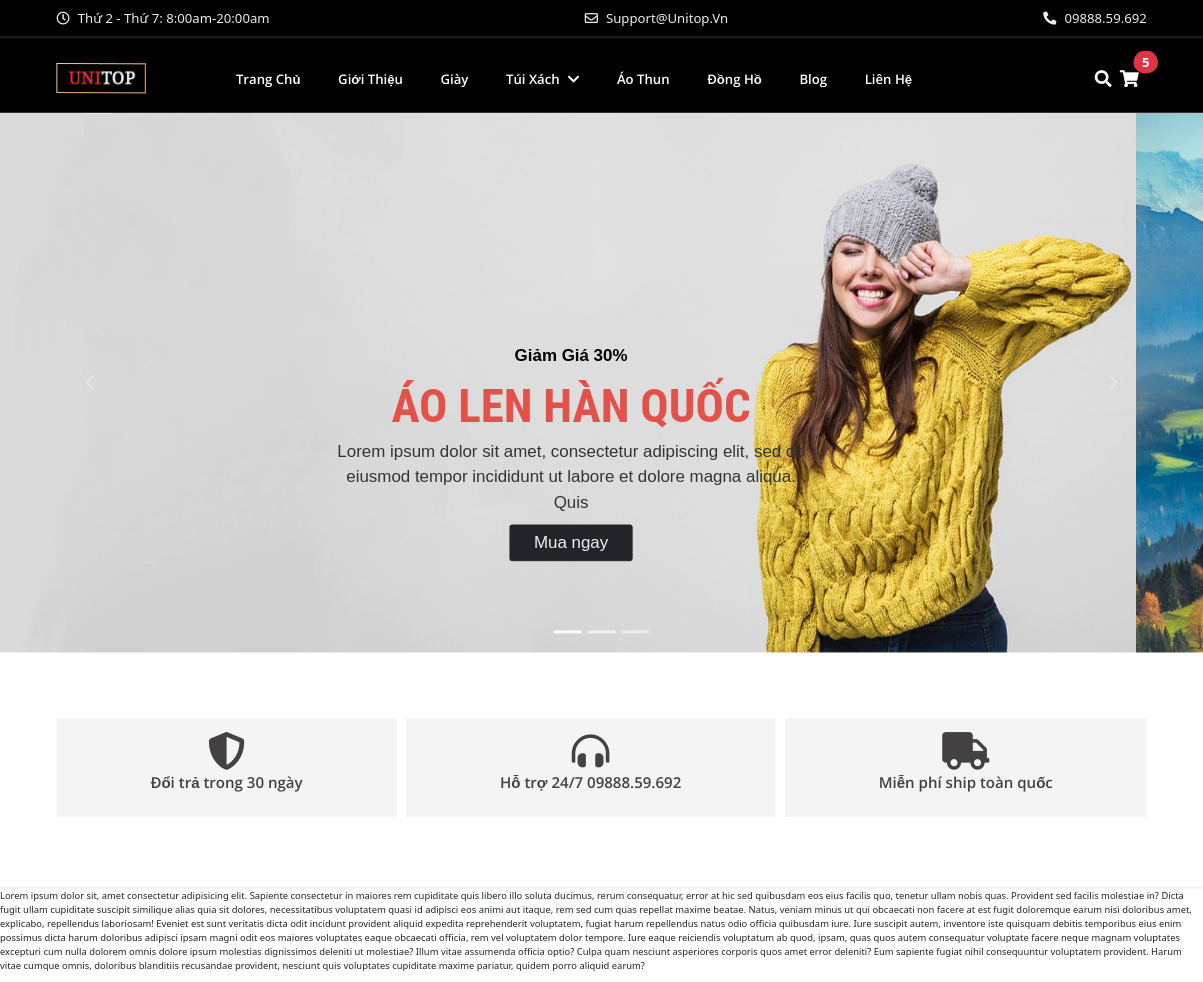
Repository: vinhtk0209/clothes-shop
Page: index.html
These files come from the project's save history. The page is drawn as it stood at one moment and after the next save; the edit follows.
The browser window is 1280 px wide. The pictures show the whole page, at 94% of full size.

Above is the page before, as saved 2021-10-04 17:35:39.

After the next save:
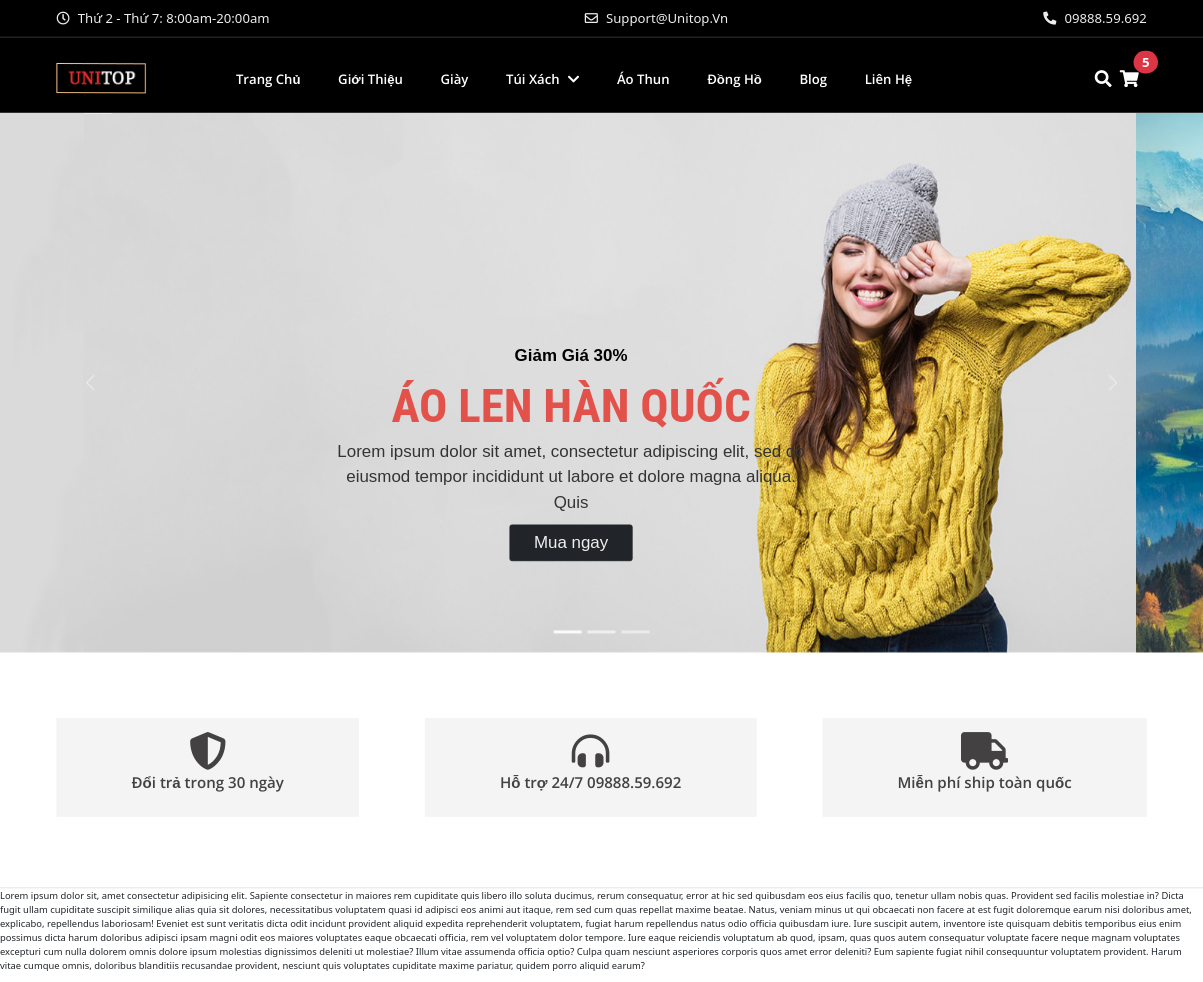
Saved 16 s later.
--- a/assets/css/main.css
+++ b/assets/css/main.css
@@ -159,7 +159,7 @@ ul.sub-menu li a:hover{
 }
 .box-offer{
     background-color: #f4f4f4;
-    padding:  15px  100px  25px  ;
+    padding:  15px  80px  25px  ;
     font-size: 1.6rem;
     color:#434141;
     font-weight: 600;
